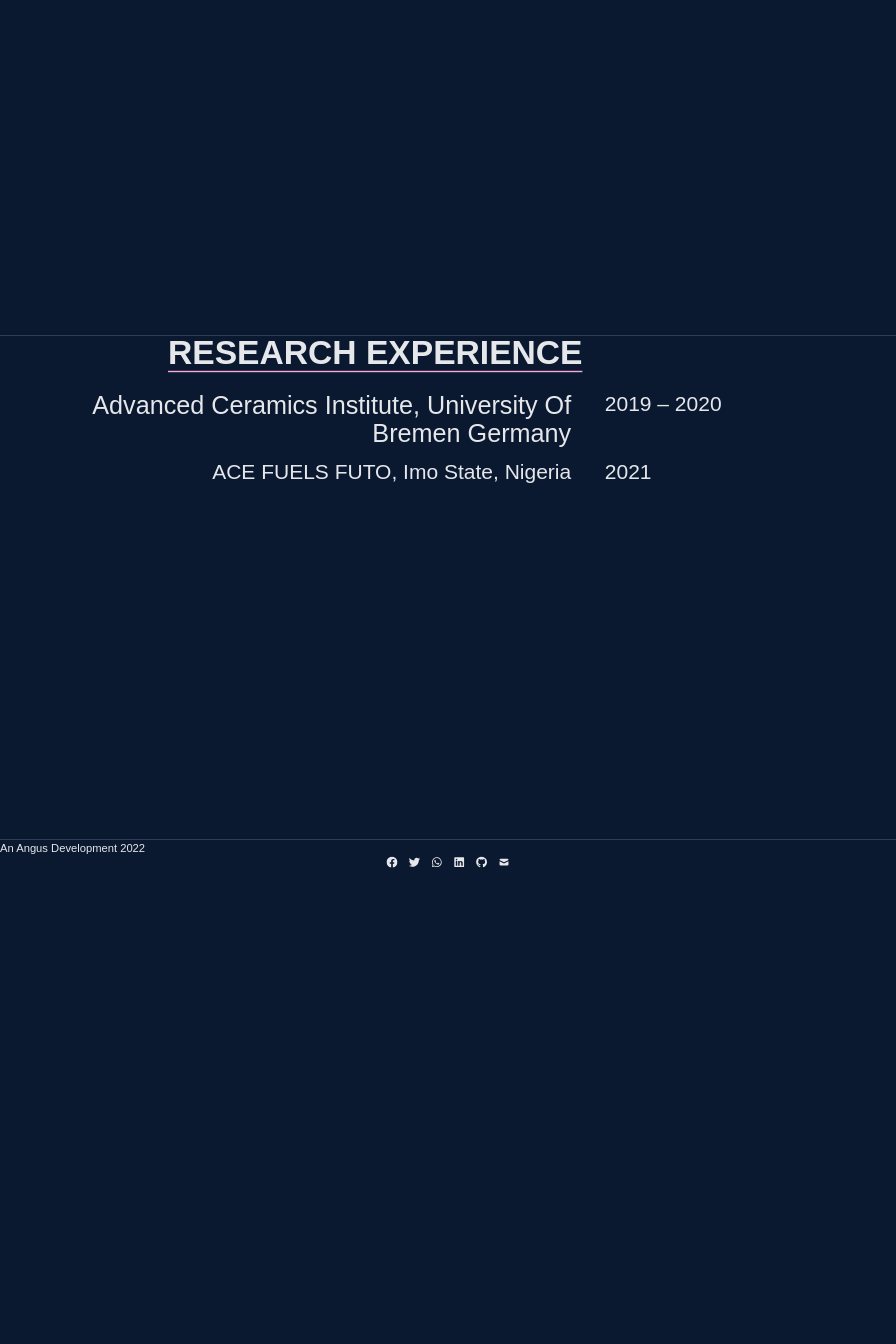
Repository: AngusOnyebuchi/AngusOnyebuchi.github.io
Page: /
An editor plug-in stored every save of this project. The page is shown before and after the next save, followed by the edit.
The browser window is 1280 px wide. The pictures show the part of the page from y = 1054 to 2974 px (the page is 2974 px tall), at 70% of full size.
The project was rebuilt for these pictures with package versions that can differ from the ones it lists, and the page was loaded fresh each time.

Above is the page before, as saved 2022-04-17 20:41:41.

After the next save:
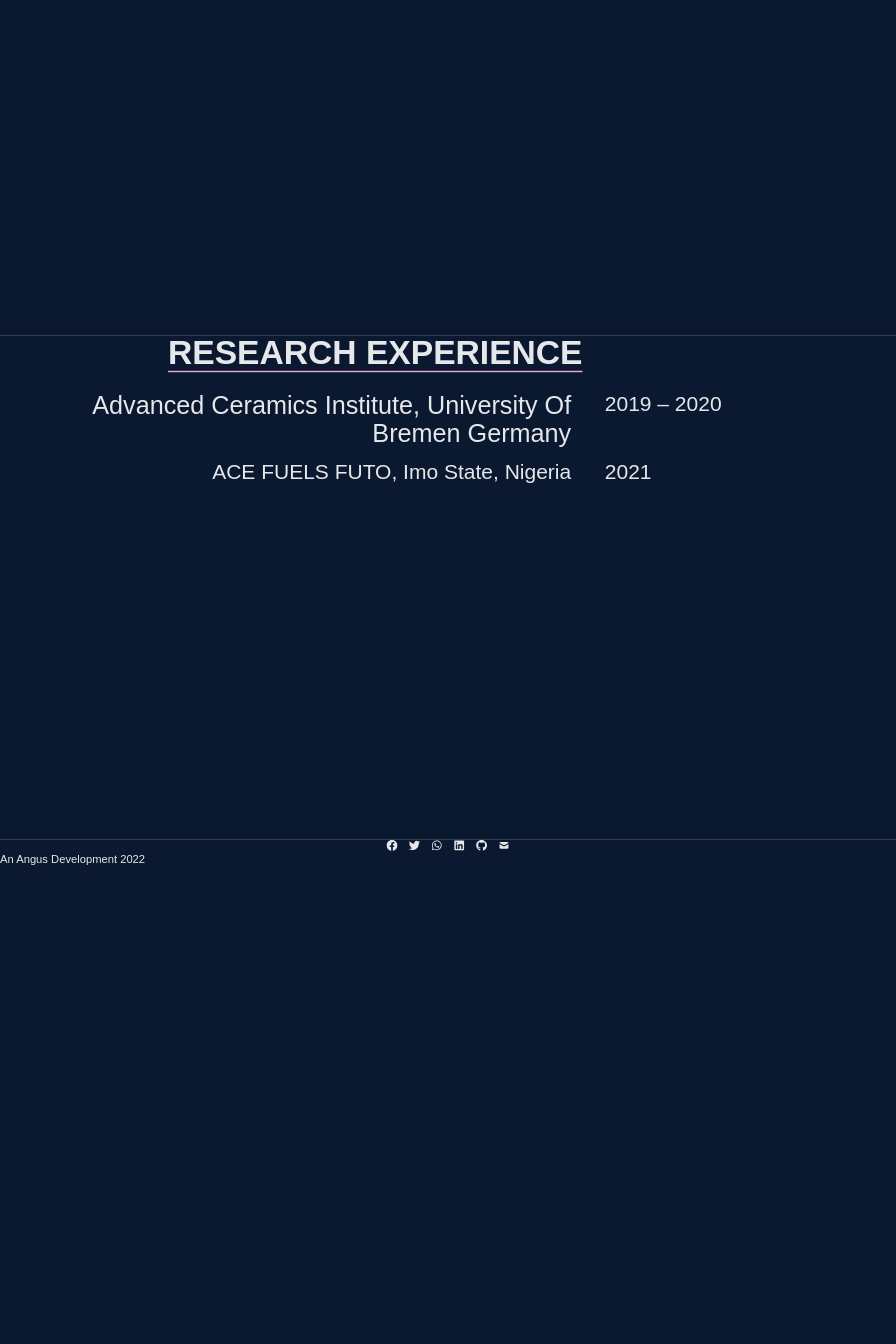
Saved 92 s later.
--- a/src/components/Contact.js
+++ b/src/components/Contact.js
@@ -5,7 +5,6 @@
 export default function Contact() {
     return(
         <div className="bg-[#0a192f] w-full h-screen text-gray-200">
-            <p>An Angus Development 2022</p>
 
             <div className="flex justify-center gap-4">
                 <FaFacebook/>
@@ -15,6 +14,7 @@
                 <FaGithub/>
                 <HiMail/>
             </div>
+            <p>An Angus Development 2022</p>
         </div>
     )
 }
